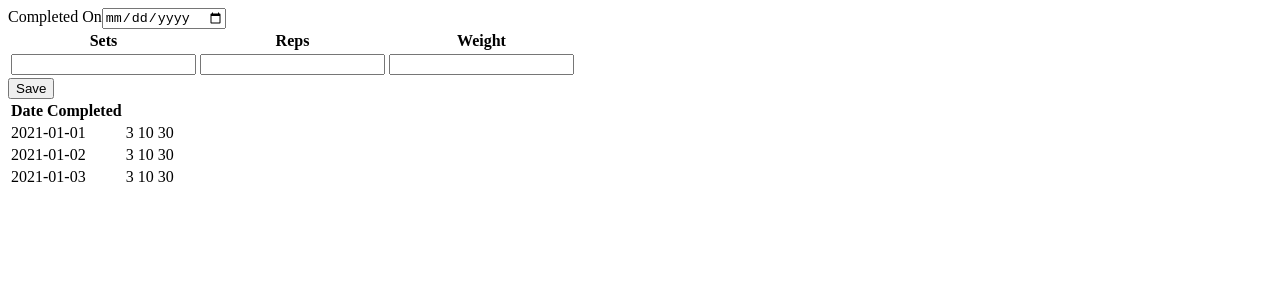
Repository: Kayla-amr/Exercise-Tracking-App
Page: / (app in exerciseTracking/)
An editor plug-in stored every save of this project. The page is shown before and after the next save, followed by the edit.
The browser window is 1280 px wide. The pictures show the whole page.
The project was rebuilt for these pictures with package versions that can differ from the ones it lists, and the page was loaded fresh each time. Also part of the build but not shown: exerciseTracking/vite.config.ts, exerciseTracking/src/assets/main.css.

Above is the page before, as saved 2023-03-17 13:33:55.

After the next save:
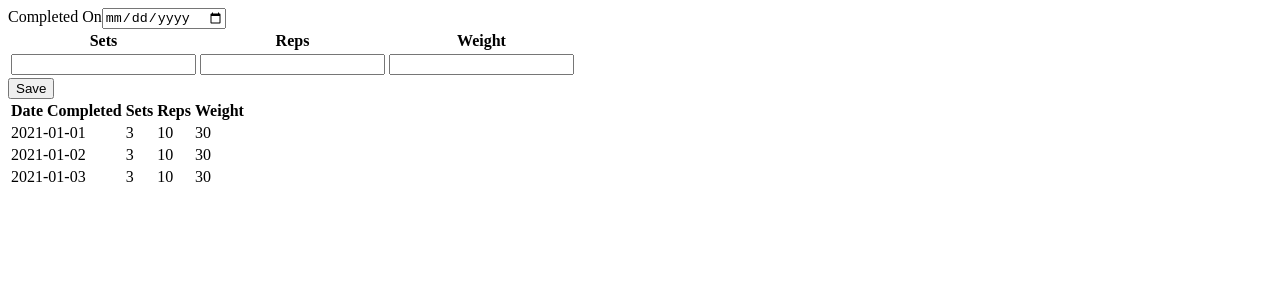
Saved 6 s later.
--- a/exerciseTracking/src/components/trackingHistory.vue
+++ b/exerciseTracking/src/components/trackingHistory.vue
@@ -4,7 +4,9 @@
             <thead>
                 <tr>
                     <th>Date Completed</th>
-
+                    <th>Sets</th>
+                    <th>Reps</th>
+                    <th>Weight</th>
                 </tr>
             </thead>
             <tbody>
